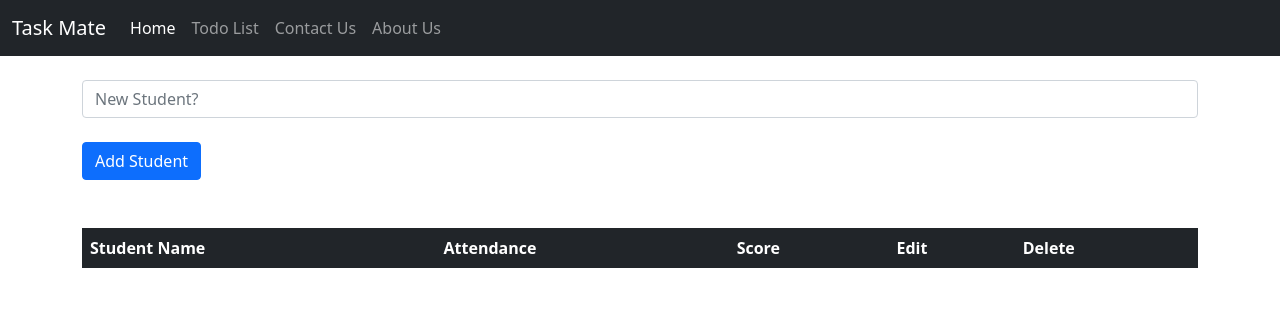
Repository: itathagata/Registration_System
Page: http://localhost/todolist/?pg=1
An editor plug-in stored every save of this project. The page is shown before and after the next save, followed by the edit.
The browser window is 1280 px wide. The pictures show the whole page.
The page is served by the project's application, run on Django 2.2 (manage.py). Other server files are loaded and not shown. Queries for data that is not in the repository find no rows.

Above is the page before, as saved 2021-06-04 02:34:16.

### todolist_app/views.py
from django.http.response import HttpResponse
from django.shortcuts import redirect, render
from django.http import HttpResponse
from todolist_app.models import TaskList
from todolist_app.forms import TaskForm
from django.contrib import messages
# Create your views here.
context = {'welcome':"Welcome to Todo List Page.",
    'contact_text':"Welcome to Todo List Contact Page.",
    'about_text':"Welcome to Todo List About Page."}
def todolist(request):
    if request.method == "POST":
        form = TaskForm(request.POST or None)
        if form.is_valid():
            form.save()
        messages.success(request,("New Student Added!"))
        return redirect('todolist')
    else:
        all_tasks = TaskList.objects.all
        return render(request, 'todolist.html',{'all_tasks':all_tasks})

def contact(request):
    return render(request, 'contact.html',context)


def about(request):
    return render(request, 'about.html',context)

### todolist_app/templates/todolist.html
{% extends 'base.html' %}
{% block title %}
<title>TodoList Manager</title>
{% endblock title %}

{% block content %}
<div class="container">
</br>

  {%if messages%}
    {% for message in messages %}
      <div class="alert alert-warning alert-dismissible fade show" role="alert">
          {{ message }}
        <button type="button" class="btn-close" data-bs-dismiss="alert" aria-label="Close">
         </button>
      </div>
    {% endfor %}
  {% endif %}


  <form method="POST">
    {%csrf_token%}
    <div class="form-group">
          <input type="text" class="form-control" name="Student_Name" placeholder="New Student?">
    </div>
    </br>
    <button type="submit" class="btn btn-primary">Add Student</button>
  </form>

</br>
</br>
    <table class="table table-dark table-hover">
  <thead>
    <tr>
      <th scope="col">Student Name</th>
      <th scope="col">Attendance</th>
      <th scope="col">Score</th>
      <th scope="col">Edit</th>
      <th scope="col">Delete</th>
    </tr>
  </thead>
    <tbody>
    {% if all_tasks %}
      {%for obj in all_tasks%}
        {% if obj.Attendance %}
            <tr class="table-success">
            <td>{{ obj.id }} | {{ obj.Student_Name }}</td>
            <td>Safe</td>
            <td>{{ obj.Score }}</td>
            <td>Edit</td>
            <td>Delete</td>
            </tr>
        {% else %}
            <tr class="table-danger">
            <td>{{ obj.id }} | {{ obj.Student_Name }}</td>
            <td>Unsafe</td>
            <td>{{ obj.Score }}</td>
            <td>Edit</td>
            <td>Delete</td>
            </tr>
        {% endif %}
       {% endfor %}
    {% endif %}
     </tbody>
</table>
    </div>
{% endblock content %}

### templates/base.html
<!doctype html>
<html lang="en">
  <head>
    <!-- Required meta tags -->
    <meta charset="utf-8">
    <meta name="viewport" content="width=device-width, initial-scale=1">

    <!-- Bootstrap CSS -->
    <link href="https://cdn.jsdelivr.net/npm/bootstrap@5.0.1/dist/css/bootstrap.min.css" rel="stylesheet" integrity="sha384-+0n0xVW2eSR5OomGNYDnhzAbDsOXxcvSN1TPprVMTNDbiYZCxYbOOl7+AMvyTG2x" crossorigin="anonymous">

    {% block title %}{% endblock title %}
    <nav class="navbar navbar-expand-lg navbar-dark bg-dark">
  <div class="container-fluid">
    <a class="navbar-brand" href="#">Task Mate</a>
    <button class="navbar-toggler" type="button" data-bs-toggle="collapse" data-bs-target="#navbarNavAltMarkup" aria-controls="navbarNavAltMarkup" aria-expanded="false" aria-label="Toggle navigation">
      <span class="navbar-toggler-icon"></span>
    </button>
    <div class="collapse navbar-collapse" id="navbarNavAltMarkup">
      <div class="navbar-nav">
        <a class="nav-link active" aria-current="page" href="{% url 'todolist'%}">Home</a>
        <a class="nav-link" href="{% url 'todolist'%}">Todo List</a>
        <a class="nav-link" href="{% url 'contact'%}">Contact Us</a>
        <a class="nav-link" href="{% url 'about'%}">About Us</a>
      </div>
    </div>
  </div>
</nav>
  </head>
  <body>
  {% block content %}{% endblock content %}

    <!-- Optional JavaScript; choose one of the two! -->

    <!-- Option 1: Bootstrap Bundle with Popper -->
    <script src="https://cdn.jsdelivr.net/npm/bootstrap@5.0.1/dist/js/bootstrap.bundle.min.js" integrity="sha384-gtEjrD/SeCtmISkJkNUaaKMoLD0//ElJ19smozuHV6z3Iehds+3Ulb9Bn9Plx0x4" crossorigin="anonymous"></script>

    <!-- Option 2: Separate Popper and Bootstrap JS -->
    <!--
    <script src="https://cdn.jsdelivr.net/npm/@popperjs/core@2.9.2/dist/umd/popper.min.js" integrity="sha384-IQsoLXl5PILFhosVNubq5LC7Qb9DXgDA9i+tQ8Zj3iwWAwPtgFTxbJ8NT4GN1R8p" crossorigin="anonymous"></script>
    <script src="https://cdn.jsdelivr.net/npm/bootstrap@5.0.1/dist/js/bootstrap.min.js" integrity="sha384-Atwg2Pkwv9vp0ygtn1JAojH0nYbwNJLPhwyoVbhoPwBhjQPR5VtM2+xf0Uwh9KtT" crossorigin="anonymous"></script>
    -->
  </body>
</html>

### taskmate/urls.py

from django.contrib import admin
from django.urls import path, include

urlpatterns = [
    path('admin/', admin.site.urls),
    path('todolist', include('todolist_app.urls'))
]

### todolist_app/urls.py
from todolist_app import views
from django.urls import path
urlpatterns = [
    path('/', views.todolist, name='todolist'),
    path('contact', views.contact, name='contact'),
    path('about-us', views.about, name='about'),

]

After the next save:
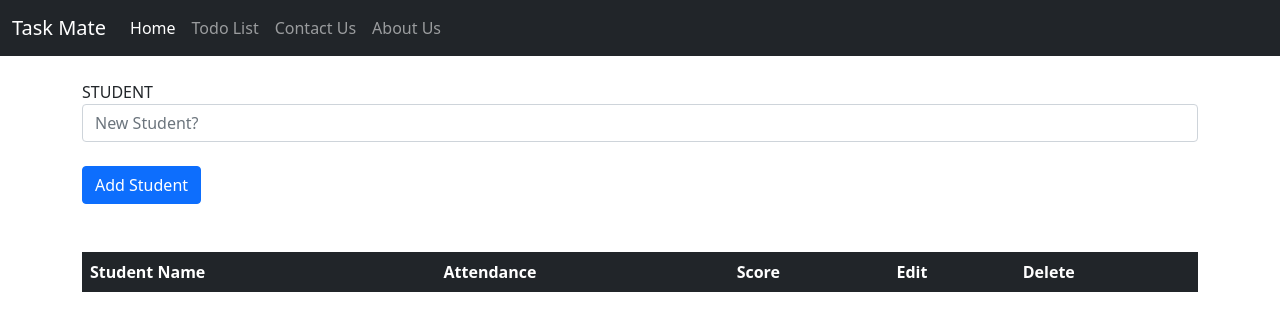
Saved 58 s later.
--- a/todolist_app/templates/todolist.html
+++ b/todolist_app/templates/todolist.html
@@ -21,7 +21,7 @@
   <form method="POST">
     {%csrf_token%}
     <div class="form-group">
-          <input type="text" class="form-control" name="Student_Name" placeholder="New Student?">
+        <label class = "col-lg-4">STUDENT</label>  <input type="text" class="form-control" name="Student_Name" placeholder="New Student?">
     </div>
     </br>
     <button type="submit" class="btn btn-primary">Add Student</button>

After the 2 saves that followed:
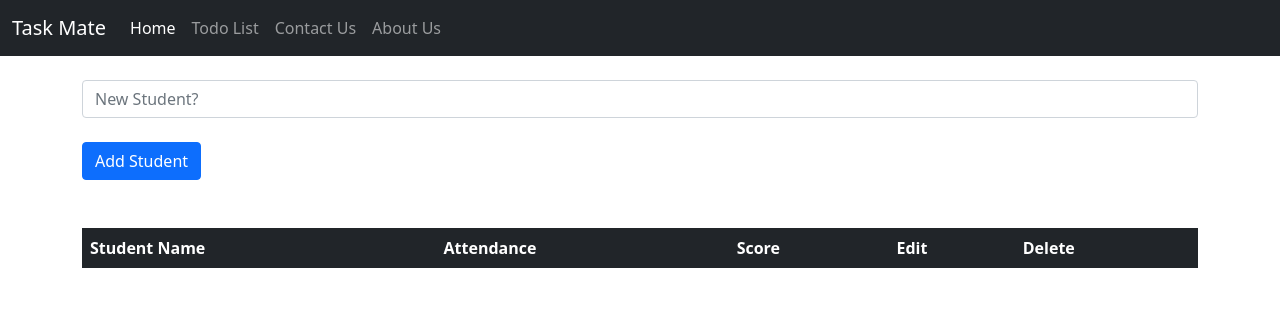
The 2 saves are shown as one change because 1 left the picture as it was.
The last was saved 30 s later.
--- a/todolist_app/templates/todolist.html
+++ b/todolist_app/templates/todolist.html
@@ -21,7 +21,7 @@
   <form method="POST">
     {%csrf_token%}
     <div class="form-group">
-        <label class = "col-lg-4">STUDENT</label>  <input type="text" class="form-control" name="Student_Name" placeholder="New Student?">
+          <input type="text" class="form-control" name="Student_Name" placeholder="New Student?">
     </div>
     </br>
     <button type="submit" class="btn btn-primary">Add Student</button>
